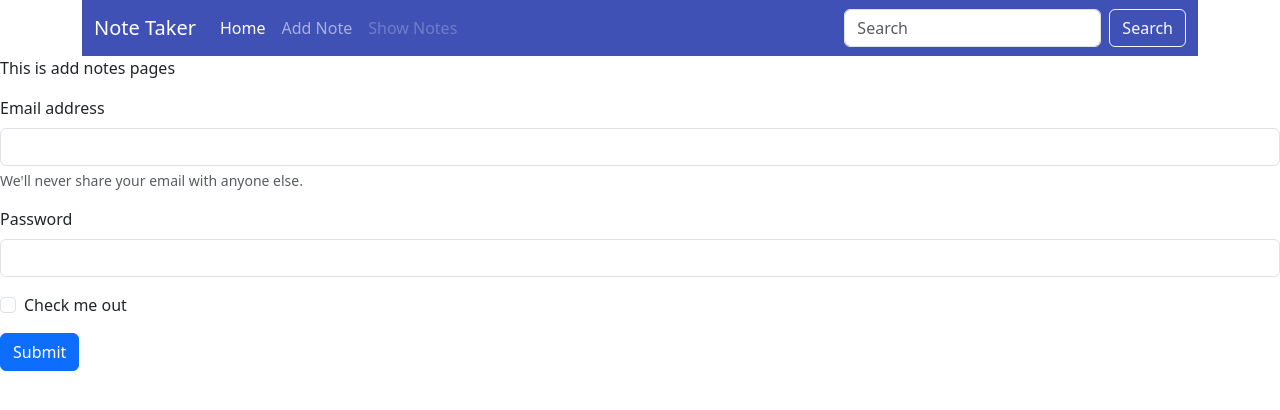
Repository: a-man-sheikh/NoteTaker
Page: http://localhost/NoteTaker/add_note.jsp
These files come from the project's save history. The page is drawn as it stood at one moment and after the next save; the edit follows.
The browser window is 1280 px wide. The pictures show the whole page.
The page is served by Tomcat 9. Other server files are loaded and not shown.

Above is the page before, as saved 2024-03-21 16:27:20.

### NoteTaker/src/main/webapp/add_note.jsp
<%@ page language="java" contentType="text/html; charset=ISO-8859-1"
    pageEncoding="ISO-8859-1"%>
<!DOCTYPE html>
<html>
<head>
<meta charset="ISO-8859-1">
<title>Add Notes</title>
  <%@include file="all_js_cs.jsp" %>
</head>
<body>
 <div class="container">
  <%@include file="navbar.jsp" %>

  </div>
 <p>This is add notes pages</p>
<!--  this add form -->


<form>
  <div class="mb-3">
    <label for="exampleInputEmail1" class="form-label">Email address</label>
    <input type="email" class="form-control" id="exampleInputEmail1" aria-describedby="emailHelp">
    <div id="emailHelp" class="form-text">We'll never share your email with anyone else.</div>
  </div>
  <div class="mb-3">
    <label for="exampleInputPassword1" class="form-label">Password</label>
    <input type="password" class="form-control" id="exampleInputPassword1">
  </div>
  <div class="mb-3 form-check">
    <input type="checkbox" class="form-check-input" id="exampleCheck1">
    <label class="form-check-label" for="exampleCheck1">Check me out</label>
  </div>
  <button type="submit" class="btn btn-primary">Submit</button>
</form>
</body>
</html>

### NoteTaker/src/main/webapp/all_js_cs.jsp
  <link href="https://cdn.jsdelivr.net/npm/bootstrap@5.3.3/dist/css/bootstrap.min.css" rel="stylesheet" integrity="sha384-QWTKZyjpPEjISv5WaRU9OFeRpok6YctnYmDr5pNlyT2bRjXh0JMhjY6hW+ALEwIH" crossorigin="anonymous">
    <link href="css/style.css" rel="stylesheet"/>

 <script src="https://cdn.jsdelivr.net/npm/bootstrap@5.3.3/dist/js/bootstrap.bundle.min.js" integrity="sha384-YvpcrYf0tY3lHB60NNkmXc5s9fDVZLESaAA55NDzOxhy9GkcIdslK1eN7N6jIeHz" crossorigin="anonymous"></script>

### NoteTaker/src/main/webapp/navbar.jsp
<nav class="navbar navbar-expand-lg navbar-dark purple">
  <div class="container-fluid">
    <a class="navbar-brand" href="index.jsp">Note Taker</a>
    <button class="navbar-toggler" type="button" data-bs-toggle="collapse" data-bs-target="#navbarSupportedContent" aria-controls="navbarSupportedContent" aria-expanded="false" aria-label="Toggle navigation">
      <span class="navbar-toggler-icon"></span>
    </button>
    <div class="collapse navbar-collapse" id="navbarSupportedContent">
      <ul class="navbar-nav me-auto mb-2 mb-lg-0">
        <li class="nav-item">
          <a class="nav-link active" aria-current="page" href="index.jsp">Home</a>
        </li>
        <li class="nav-item">
          <a class="nav-link" href="add_note.jsp">Add Note</a>
        </li>

          <a class="nav-link disabled" aria-disabled="true">Show Notes</a>
        </li>
      </ul>
      <form class="d-flex" role="search">
        <input class="form-control me-2" type="search" placeholder="Search" aria-label="Search">
        <button class="btn btn-outline-light" type="submit">Search</button>
      </form>
    </div>
  </div>
</nav>

### NoteTaker/src/main/webapp/css/style.css
.purple{
	background:#3f51b5;
}

After the next save:
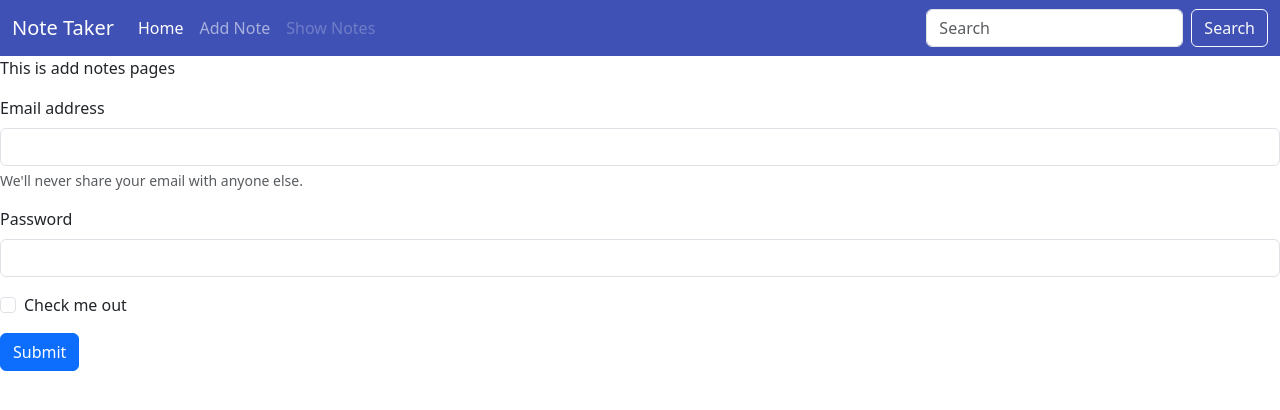
Saved 116 s later.
--- a/NoteTaker/src/main/webapp/add_note.jsp
+++ b/NoteTaker/src/main/webapp/add_note.jsp
@@ -8,10 +8,10 @@
   <%@include file="all_js_cs.jsp" %>
 </head>
 <body>
- <div class="container">
+
   <%@include file="navbar.jsp" %>
 
-  </div>
+
  <p>This is add notes pages</p>
 <!--  this add form -->
 
